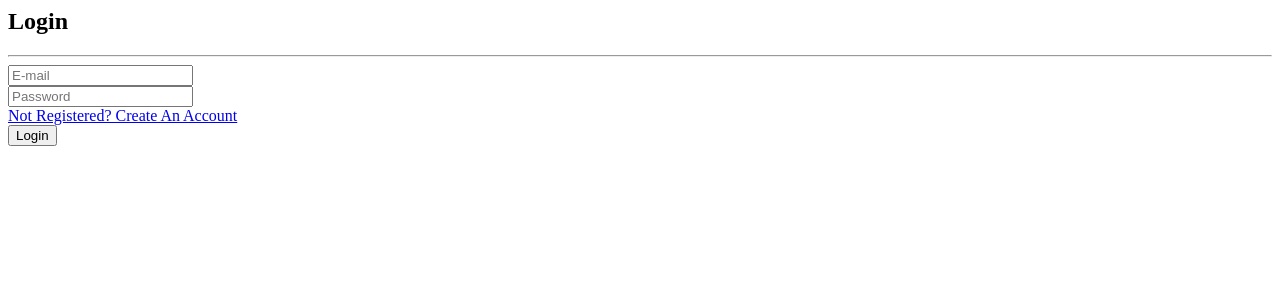
Repository: piroboi10/shopping-website
Page: templates/login.html
The author's editor kept a record of every edit. The page is drawn from the files as they stood at one moment, then again after the next edit.
The browser window is 1280 px wide. The pictures show the whole page.

Above is the page before.

### templates/login.html
<div class ="row">
    <div class ="col-xs-10 col-sm-6 col-md-4 col-cs-offset-1 col-sm-offset-3 col-md-offset-4">
        <form>
            <h2>Login</h2>
            <hr/>
            <div class="row">
                <div class = "col-xs-12 col-sm-12 col md-12">
                    <div class="form-group">
                        <input type="email" ng-model="user.email" class="form-control input-md" placeholder="E-mail" tabindex="1" required>
                    </div>
                </div>
                <div class="col-xs-12 col sm-12 col-md-12">
                    <div class="form-group">
                        <input type="password" ng-model="user.password" class="form-control input-md" placeholder="Password" tabindex="2" required>
                    </div>
                </div>
            </div>
            <div class="row">
                <div class="col-xs-12 col-sm-12 col-md-12">
                    <div class="form-group">
                        <a href="#/signup">
                            Not Registered? Create An Account
                        </a>
                    </div>
                </div>
                <div class="col-xs-12 col-sm-12 col-md-12">
                    <div class="form-group">
                        <button type = "submit" ng-click="login()" class="btn btn-primary btn-block btn-md" tabindex="3">Login</button>
                    </div>
                </div>
            </div>
        </form>
    </div>
</div>

After the next edit:
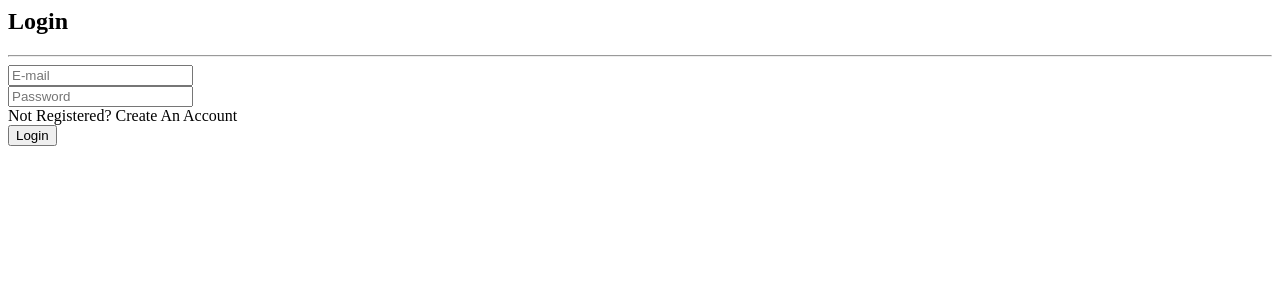
The edit:
--- a/templates/login.html
+++ b/templates/login.html
@@ -18,7 +18,7 @@
             <div class="row">
                 <div class="col-xs-12 col-sm-12 col-md-12">
                     <div class="form-group">
-                        <a href="#/signup">
+                        <a ui-sref="signup">
                             Not Registered? Create An Account
                         </a>
                     </div>
